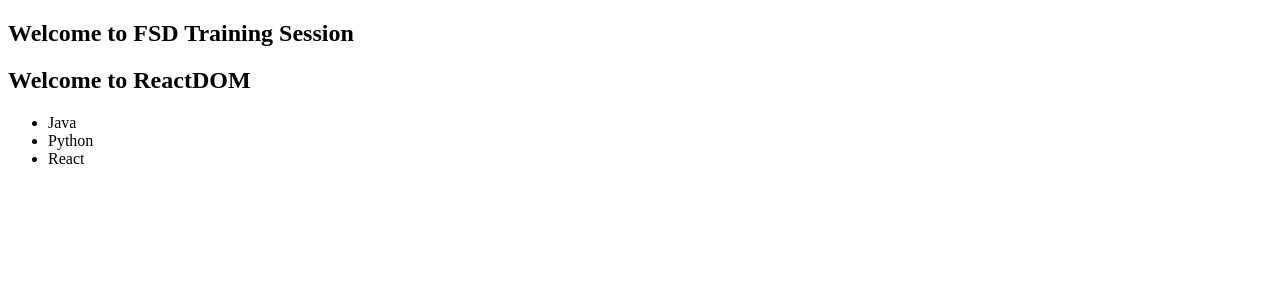
Repository: ashurauza/FSD_Sem5
Page: / (app in FSD_Sem5/ReactWork/)
An editor plug-in stored every save of this project. The page is shown before and after the next save, followed by the edit.
The browser window is 1280 px wide. The pictures show the whole page.
The project was rebuilt for these pictures with package versions that can differ from the ones it lists, and the page was loaded fresh each time.

Above is the page before, as saved 2025-10-15 15:28:22.

### FSD_Sem5/ReactWork/index.html
<!-- <!DOCTYPE html>
<html lang="en">
<head>
    <meta charset="UTF-8">
    <meta name="viewport" content="width=device-width, initial-scale=1.0">
    <title>Document</title>
    <script>
    </script>
</head>
<body>
    <h2>Welcpme to FSD Training Session</h2>
    <div id="parent">
    </div>
    <script src="https://unpkg.com/react@18/umd/react.development.js" crossorigin></script>
    <script src="https://unpkg.com/react-dom@18/umd/react-dom.development.js" crossorigin></script>
    <script src="App.jsx" type="text/babel"></script>
</body>
</html> -->




<!DOCTYPE html>
<html lang="en">
<head>
  <meta charset="utf-8" />
  <meta name="viewport" content="width=device-width, initial-scale=1" />
  <title>Document</title>
</head>
<body>
  <h2>Welcome to FSD Training Session</h2>
  <div id="parent"></div>

  <script src="https://unpkg.com/react@18/umd/react.development.js" crossorigin></script>
  <script src="https://unpkg.com/react-dom@18/umd/react-dom.development.js" crossorigin></script>

  <script src="https://unpkg.com/@babel/standalone/babel.min.js"></script>


  <script src="App.jsx" type="text/babel"></script>
</body>
</html>

### FSD_Sem5/ReactWork/App.jsx
const parent = document.getElementById("parent");
// console.log(parent);
ReactDOM.createRoot(parent);
const root =ReactDOM.createRoot(parent);
const h2=React.createElement("h2",{},"Welcome to ReactDOM");
// root.render(h2);


const li1=React.createElement("li",{},"Java");
const li2=React.createElement("li",{},"Python");
const li3=React.createElement("li",{},"React");
const ul=React.createElement("ul",{} ,[li1,li2,li3]);

// root.render(ul);


const pic=React.createElement("img",{src:"https://www.w3schools.com/w3images/lights.jpg",alt:"MyPic",style:{width:"200px",height:"200px",borderRadius:"50%"}});
root.render(pic);
const myname=React.createElement("h1",{},"Ashutosh Kumar Singh");
const header=React.createElement("div",{style:{textAlign:"center"}},[pic,myname]);
const wrapperWithHeader = React.createElement("div",{className:"wrapper"},[header,h2,ul]);


//jsx
const h21=<h2>
    Hi,I am using JSX
</h2>
const li11=<li>React</li>
const li22=<li>JavaScript</li>
const li33=<li>HTML</li>
const ul1=<ul>{[li11,li22,li33]}</ul>
root.render(ul1);





const wrapper=React.createElement("div",{className:"wrapper"},[h2,ul]);
root.render(wrapper);















// import React from "react";
// import ReactDOM from "react-dom/client";

// const parent = document.getElementById("parent");
// if (!parent) {
//   throw new Error('No element with id="parent" found. Add <div id="parent"></div> to your index.html');
// }

// const root = ReactDOM.createRoot(parent);

// const h2 = React.createElement("h2", {}, "Welcome to ReactDOM");

// const li1 = React.createElement("li", {}, "Java");
// const li2 = React.createElement("li", {}, "Python");
// const li3 = React.createElement("li", {}, "React");
// const ul = React.createElement("ul", {}, [li1, li2, li3]);

// const pic = React.createElement("img", {
//   src: "https://www.w3schools.com/w3images/lights.jpg",
//   alt: "MyPic",
//   style: { width: "200px", height: "200px", borderRadius: "50%" }
// });

// const wrapper = React.createElement("div", { className: "wrapper" }, [h2, pic, ul]);

// root.render(wrapper);
// export default App;

After the next save:
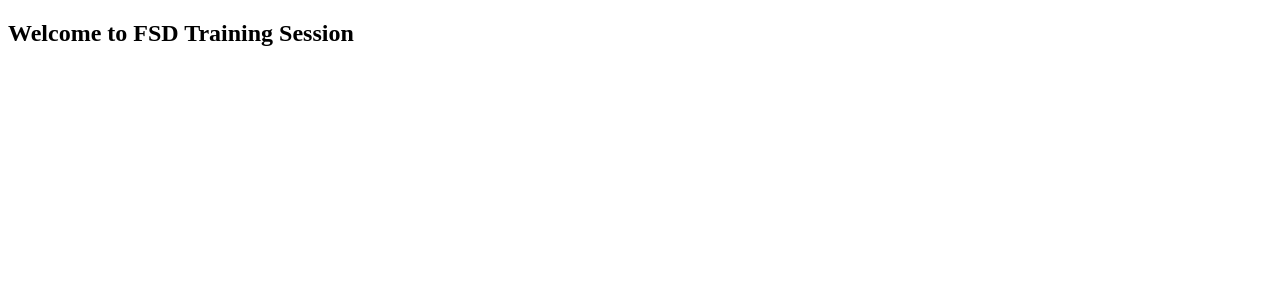
Console error (its wording comes from the project's code and is left out).
Saved 40 s later.
--- a/FSD_Sem5/ReactWork/App.jsx
+++ b/FSD_Sem5/ReactWork/App.jsx
@@ -36,7 +36,7 @@ root.render(ul1);
 
 
 const wrapper=React.createElement("div",{className:"wrapper"},[h2,ul]);
-root.render(wrapper);
+// root.render(wrapper);
 
 
 
